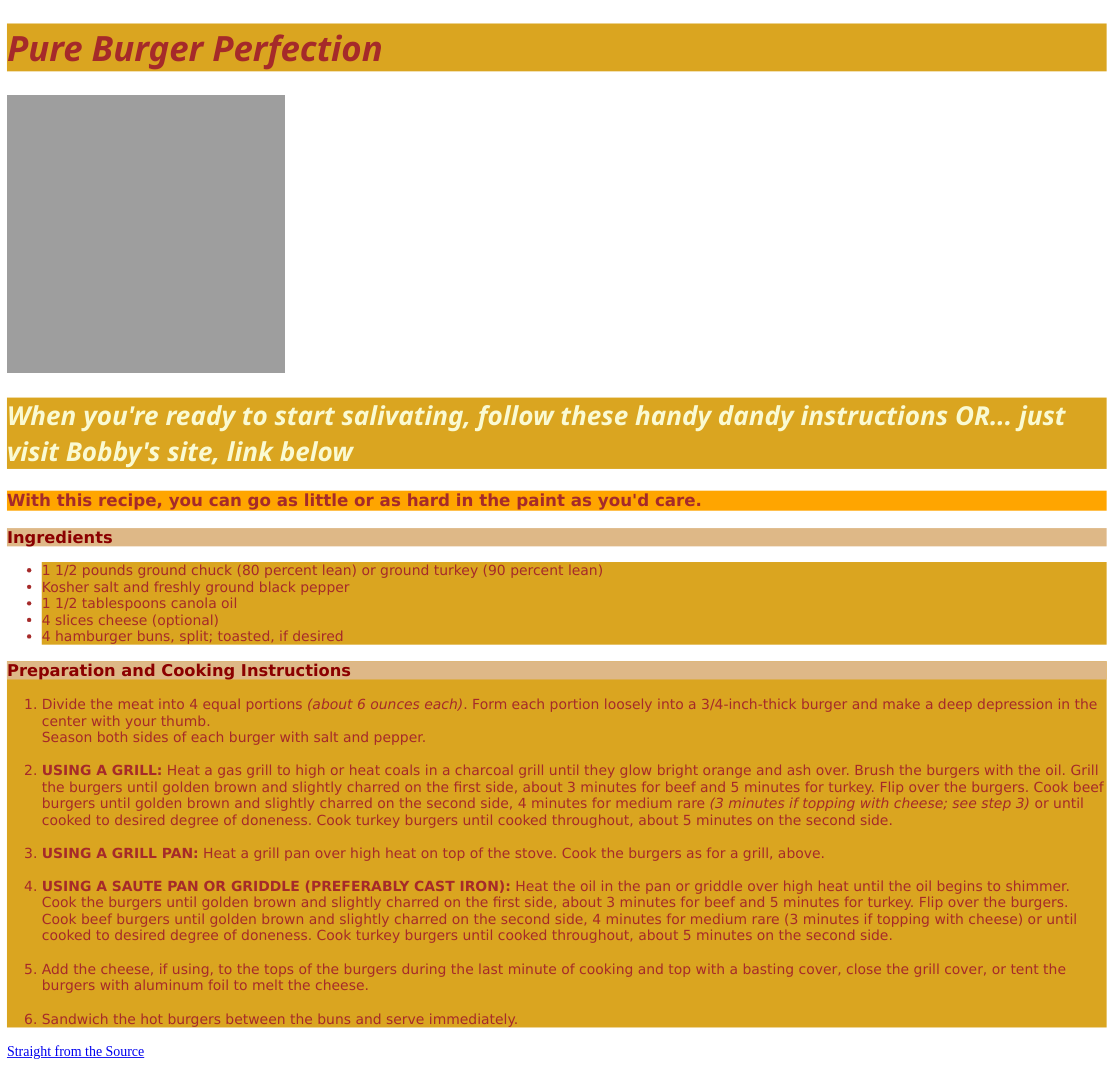
Repository: Spencertainty/practice-time
Page: member-spencer-odin-recipes/recipes/hamburgers.html
The author's editor kept a copy of each file at every save. The page is drawn from the files as they stood at one save, then again after the next save.
The browser window is 1280 px wide. The pictures show the whole page, at 87% of full size.
Pictures or frames that could not be fetched are drawn as grey boxes.

Above is the page before, as saved 2024-01-10 15:56:03.

### member-spencer-odin-recipes/recipes/hamburgers.html
<!DOCTYPE html>
<!--[if lt IE 7]>      <html class="no-js lt-ie9 lt-ie8 lt-ie7"> <![endif]-->
<!--[if IE 7]>         <html class="no-js lt-ie9 lt-ie8"> <![endif]-->
<!--[if IE 8]>         <html class="no-js lt-ie9"> <![endif]-->
<!--[if gt IE 8]>      <html class="no-js"> <!--<![endif]-->
<html>
    <head>
        <meta charset="utf-8">
        <meta http-equiv="X-UA-Compatible" content="IE=edge">
        <title>hamburgers</title>
        <meta name="description" content="">
        <meta name="viewport" content="width=device-width, initial-scale=1">
        <link rel="stylesheet" href="burger.css">
    </head>

    <body>
        <!--[if lt IE 7]>
            <p class="browsehappy">You are using an <strong>outdated</strong> browser. Please <a href="#">upgrade your browser</a> to improve your experience.</p>
        <![endif]-->
        <h1><b>Pure Burger Perfection</b></h1>

<img src="../links-and-images/Cheeseburger.jpg" alt="the perfect burger" height="320" width="320">
<br>
<h2><em>When you're ready to start salivating, follow these handy dandy instructions</em> OR... just visit Bobby's site, link below</h2>
<p>With this recipe, you can go as little or as hard in the paint as you'd care.</p>
<h3>Ingredients</h3>
<ul>
    <div>
    <li>1 1/2 pounds ground chuck (80 percent lean) or ground turkey (90 percent lean) </li>
    <li>Kosher salt and freshly ground black pepper</li>
    <li>1 1/2 tablespoons canola oil</li>
    <li>4 slices cheese (optional)</li>
    <li>4 hamburger buns, split; toasted, if desired</li>
</div>
</ul>
<div>
<h3>Preparation and Cooking Instructions</h3>
<ol>
    <li>Divide the meat into 4 equal portions <em>(about 6 ounces each)</em>. Form each portion loosely into a 3/4-inch-thick burger and make a deep depression in the center with your thumb.
        <br>Season both sides of each burger with salt and pepper.</br></li>
    <p>

    </p><li><strong> USING A GRILL:</strong> Heat a gas grill to high or heat coals in a charcoal grill until they glow bright orange and ash over.
        Brush the burgers with the oil. Grill the burgers until golden brown and slightly charred on the first side, about 3 minutes for beef and 5 minutes for turkey.
        Flip over the burgers. Cook beef burgers until golden brown and slightly charred on the second side, 4 minutes for medium rare <em>(3 minutes if topping with cheese; see step 3)</em> or until cooked to desired degree of doneness.
        Cook turkey burgers until cooked throughout, about 5 minutes on the second side.</li>
    <p>    <li><b>USING A GRILL PAN:</b> Heat a grill pan over high heat on top of the stove. Cook the burgers as for a grill, above.</li></p>
    <li><strong> USING A SAUTE PAN OR GRIDDLE (PREFERABLY CAST IRON):</strong> Heat the oil in the pan or griddle over high heat until the oil begins to shimmer. Cook the burgers until golden brown and slightly charred on the first side, about 3 minutes for beef and 5 minutes for turkey.
        Flip over the burgers. Cook beef burgers until golden brown and slightly charred on the second side, 4 minutes for medium rare (3 minutes if topping with cheese) or until cooked to desired degree of doneness. Cook turkey burgers until cooked throughout, about 5 minutes on the second side.</li>
        <p><li>Add the cheese, if using, to the tops of the burgers during the last minute of cooking and top with a basting cover, close the grill cover, or tent the burgers with aluminum foil to melt the cheese.</p></li>
    <p><li>Sandwich the hot burgers between the buns and serve immediately.</li>        </p>
    </ol>
</div>
        <a href="https://www.foodnetwork.com/recipes/bobby-flay/perfect-burger-recipe-1957542" target="_blank" rel="noopener noreferrer">Straight from the Source</a>
        <script src="" async defer></script>

    </body>
</html>

### member-spencer-odin-recipes/recipes/burger.css
/* Apply Font Color to Title */

div {
    color: brown;
    background-color: goldenrod;
    text-align: left;
    font-family: Verdana, Geneva, Tahoma, sans-serif;
}

h1 {
    font-style: italic;
    font-family: 'Segoe UI', Tahoma, Geneva, Verdana, sans-serif;
    color: brown;
    font-size: 40px;
    background-color: goldenrod;
}

h2 {font-style: italic;
    font-family: 'Segoe UI', Tahoma, Geneva, Verdana, sans-serif;
    color: lightgoldenrodyellow;
    font-size: 30px;
    background-color: goldenrod;
}
h3 {
    font-family: 'Lucida Sans', 'Lucida Sans Regular', 'Lucida Grande', 'Lucida Sans Unicode', Geneva, Verdana, sans-serif;
    color: darkred;
    background-color: burlywood;

}

p {font-family: 'Lucida Sans', 'Lucida Sans Regular', 'Lucida Grande', 'Lucida Sans Unicode', Geneva, Verdana, sans-serif;
    color: brown;
    background-color: orange;
    font-weight: bolder;
    font-size: larger;
}

After the next save:
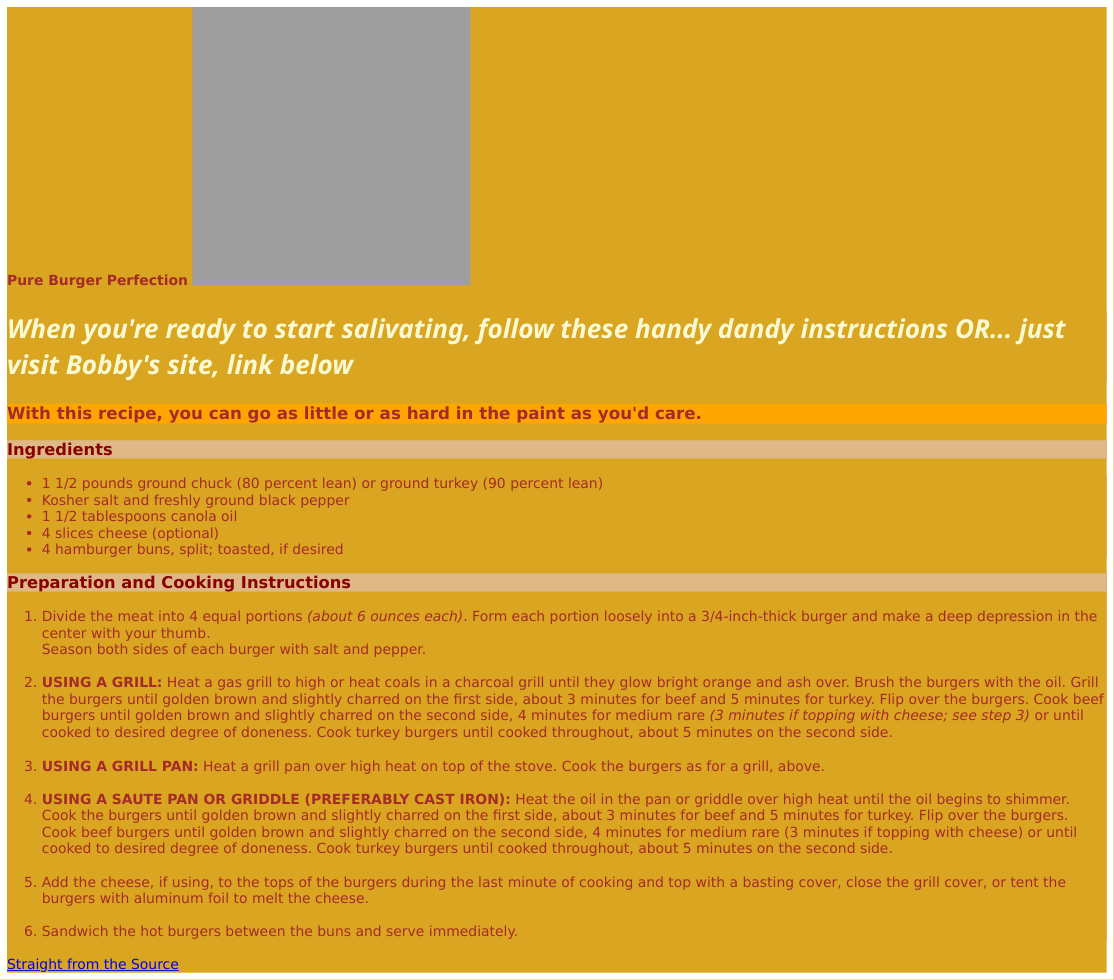
Saved 119 s later.
--- a/member-spencer-odin-recipes/recipes/hamburgers.html
+++ b/member-spencer-odin-recipes/recipes/hamburgers.html
@@ -17,7 +17,8 @@
         <!--[if lt IE 7]>
             <p class="browsehappy">You are using an <strong>outdated</strong> browser. Please <a href="#">upgrade your browser</a> to improve your experience.</p>
         <![endif]-->
-        <h1><b>Pure Burger Perfection</b></h1>
+<div style="background-color: goldenrod;"
+<h1><b>Pure Burger Perfection</b></h1>
 
 <img src="../links-and-images/Cheeseburger.jpg" alt="the perfect burger" height="320" width="320">
 <br>

After the save that followed:
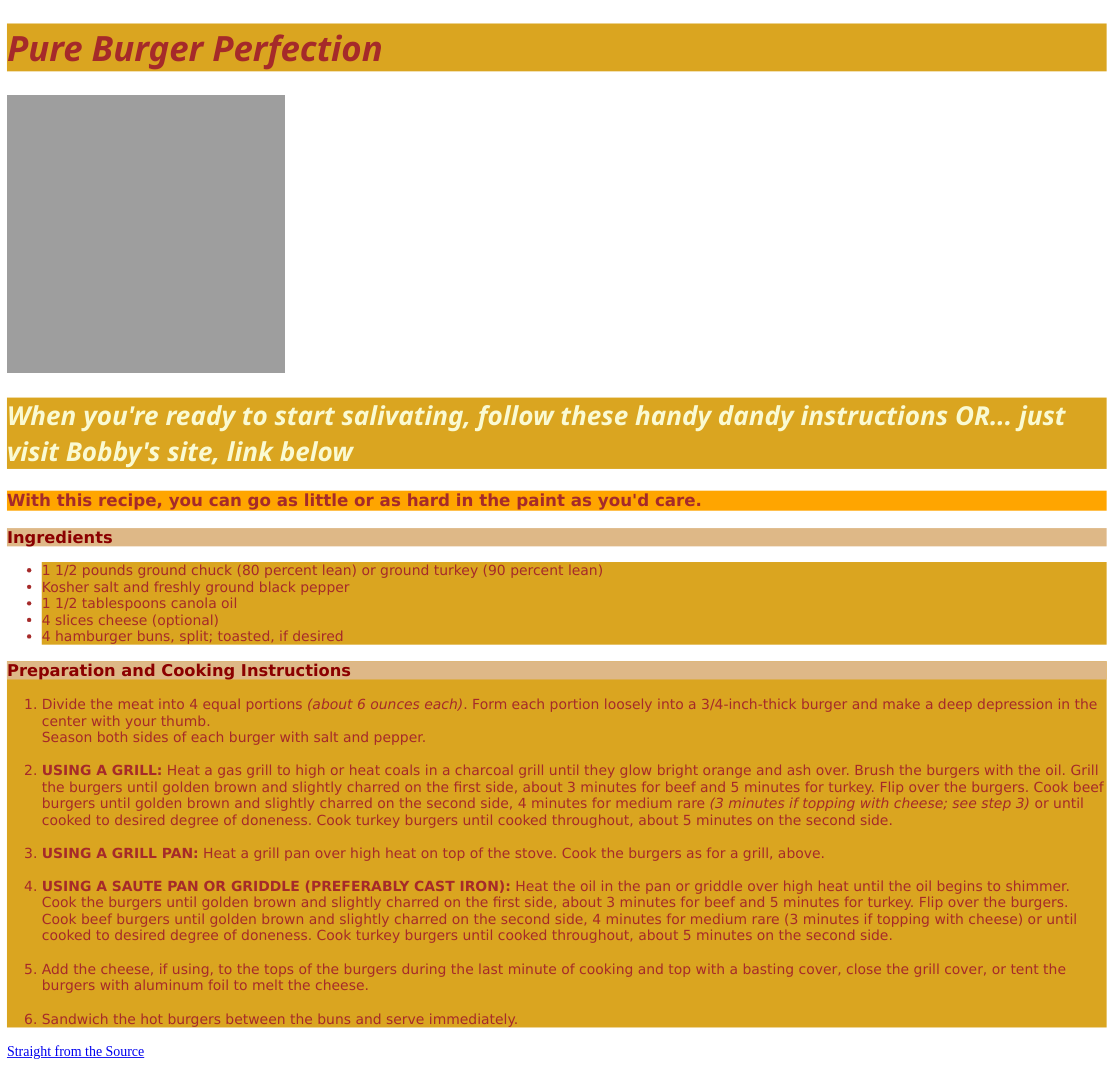
Saved 32 s later.
--- a/member-spencer-odin-recipes/recipes/hamburgers.html
+++ b/member-spencer-odin-recipes/recipes/hamburgers.html
@@ -17,7 +17,7 @@
         <!--[if lt IE 7]>
             <p class="browsehappy">You are using an <strong>outdated</strong> browser. Please <a href="#">upgrade your browser</a> to improve your experience.</p>
         <![endif]-->
-<div style="background-color: goldenrod;"
+
 <h1><b>Pure Burger Perfection</b></h1>
 
 <img src="../links-and-images/Cheeseburger.jpg" alt="the perfect burger" height="320" width="320">
